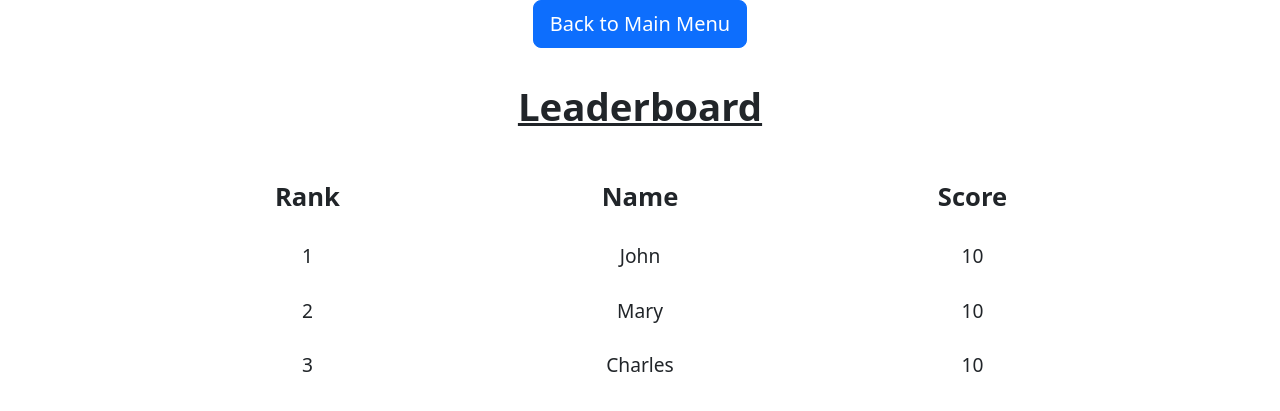
Repository: themaxermister/tik-tok-2022-A1-Hangman
Page: /
An editor plug-in stored every save of this project. The page is shown before and after the next save, followed by the edit.
The browser window is 1280 px wide. The pictures show the whole page.
The project was rebuilt for these pictures with package versions that can differ from the ones it lists, and the page was loaded fresh each time. Also part of the build but not shown: src/pages/Start.jsx.

Above is the page before, as saved 2022-05-23 17:46:26.

After the next save:
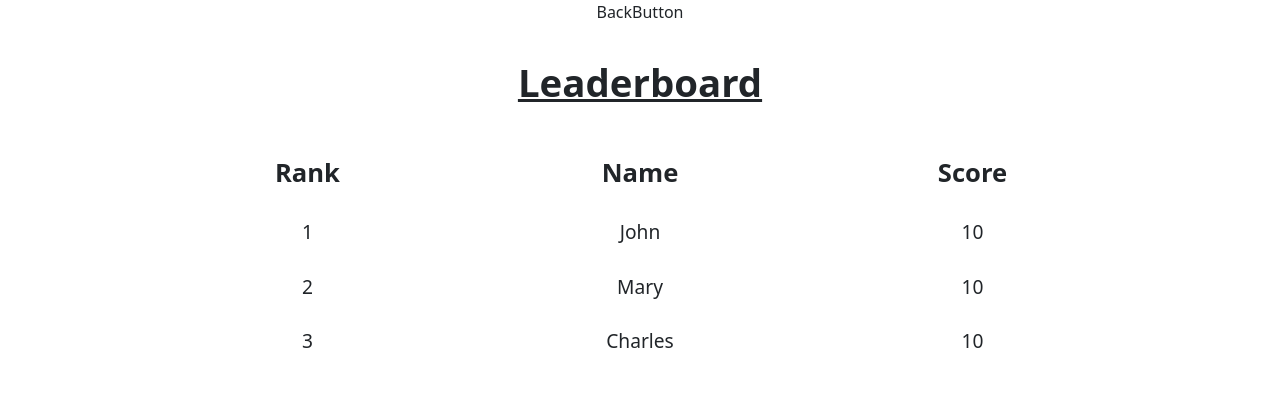
Saved 18 s later.
--- a/src/pages/Leaderboard.jsx
+++ b/src/pages/Leaderboard.jsx
@@ -9,7 +9,7 @@ class Leaderboard extends Component {
     return (
       <main id="leaderboard-page">
           <div id="back-button-container">
-            <CustomButton key="1" id="back-button" type="pri" text="Back to Main Menu" />
+          BackButton
           </div>
           <div id="leaderboard-title" className="sub-title">Leaderboard</div>
           <ScoreTable key="1" rankScore={rankScore} tableName="leaderboard-table" />
